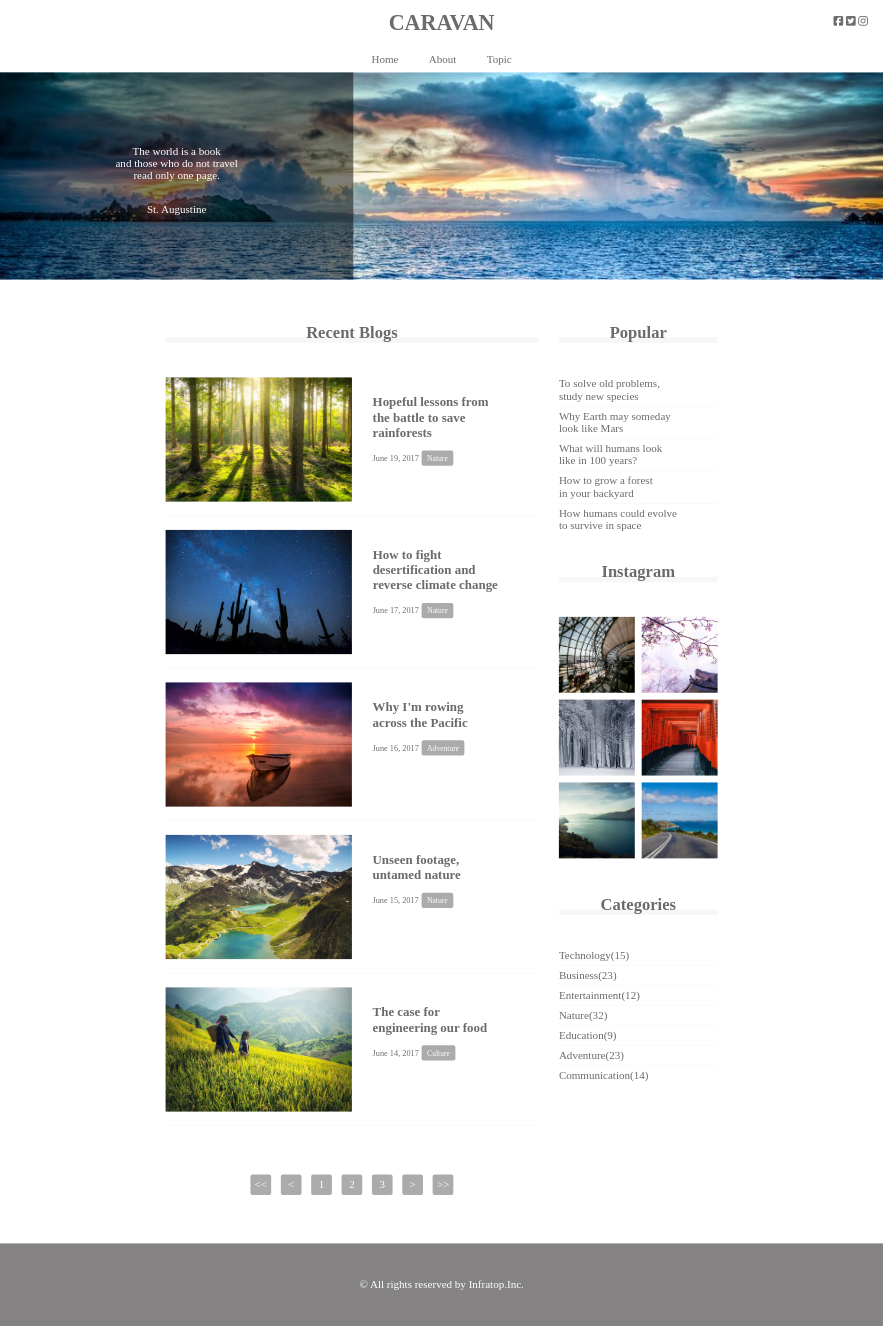
Repository: hayase-m/Webcamp
Page: caravan/index.html
The author's editor kept a record of every edit. The page is drawn from the files as they stood at one moment, then again after the next edit.
The browser window is 1280 px wide. The pictures show the whole page, at 69% of full size.
Some web libraries are served in a nearby version.

Above is the page before.

### caravan/index.html
<!DOCTYPE html>
<html lang="ja">
  <head>
    <meta charset="UTF-8" />
    <meta name="viewport" content="width=device-width,initial-scale=1.0">
    <!-- CSSファイルの読み込み -->

    <script src="https://kit.fontawesome.com/a95fdb4b13.js" crossorigin="anonymous"></script>
    <link rel="stylesheet" href="style.css" />
    <title>CARAVAN</title>
  </head>

  <body>
    <!-- header -->
    <header>
      <h1 class="heading">
        <a href="index.html">
        CARAVAN
        </a>
      </h1>

      <div class="social">
        <i class="fab fa-facebook-square"></i>
        <i class="fab fa-twitter-square"></i>
        <i class="fab fa-instagram"></i>
      </div>
    </header>

    <!-- navigation -->
    <nav>
      <ul class="nav-list">
        <li class="nav-list-item">
          <a href="index.html">Home</a>
        </li>
        <li class="nav-list-item">About</li>
        <li class="nav-list-item">Topic</li>
      </ul>
    </nav>

    <!-- main-visual用のdiv -->
    <div class="main-visual">
      <div class="main-visual-content">
        <!-- pタグ（と文字）を追加 -->
        <p class="main-visual-text">
          The world is a book <br>
          and those who do not travel <br>
          read only one page.
        </p>
        <p class="main-visual-name">
          St. Augustine
        </p>
      </div>
    </div>

    <!-- main用のdiv -->
    <main>
      <section class="blog">
        <h2 class="blog-heading">Recent Blogs</h2>

        <div class="blog-box">
          <div class="blog-item">
            <img class="blog-image" src="img/forest.jpg" />
            <section class="blog-text">
              <h3 class="blog-text-heading">
                <a href="single.html">
                  Hopeful lessons from<br>
                  the battle to save<br>
                  rainforests
                </a>
              </h3>
              <p class="blog-date">June 19, 2017</p>
              <span class="category">Nature</span>
            </section>
          </div>
          <div class="blog-item">
            <img class="blog-image" src="img/desert.jpg" />
            <section class="blog-text">
              <h3 class="blog-text-heading">
                <a href="single.html">
                  How to fight<br>
                  desertification and<br>
                  reverse climate change
                </a>
              </h3>
              <p class="blog-date">June 17, 2017</p>
              <span class="category">Nature</span>
            </section>
          </div>
          <div class="blog-item">
            <img class="blog-image" src="img/sunset.jpg" />
            <section class="blog-text">
              <h3 class="blog-text-heading">
                <a href="single.html">
                  Why I'm rowing<br>
                  across the Pacific
                </a>
              </h3>
              <p class="blog-date">June 16, 2017</p>
              <span class="category">Adventure</span>
            </section>
          </div>
          <div class="blog-item">
            <img class="blog-image" src="img/italy.jpg" />
            <section class="blog-text">
              <h3 class="blog-text-heading">
                <a href="single.html">
                  Unseen footage,<br>
                  untamed nature
                </a>
              </h3>
              <p class="blog-date">June 15, 2017</p>
              <span class="category">Nature</span>
            </section>
          </div>
          <div class="blog-item">
            <img class="blog-image" src="img/asia.jpg" />
            <section class="blog-text">
              <h3 class="blog-text-heading">
                <a href="single.html">
                  The case for<br>
                  engineering our food
                </a>
              </h3>
              <p class="blog-date">June 14, 2017</p>
              <span class="category">Culture</span>
            </section>
          </div>
        </div>
        <div class="pagination">
          <p><<</p>
          <p><</p>
          <p>1</p>
          <p>2</p>
          <p>3</p>
          <p>></p>
          <p>>></p>
        </div>
      </section>

      <div class="sidebar">
        <section class="popular">
          <h2 class="popular-heading common-heading">Popular</h2>
          <div class="sidebar-contents">
            <p class="popular-text">To solve old problems,<br>study new species</p>
            <p class="popular-text">Why Earth may someday<br>look like Mars</p>
            <p class="popular-text">What will humans look<br>like in 100 years?</p>
            <p class="popular-text">How to grow a forest<br>in your backyard</p>
            <p class="popular-text">How humans could evolve<br>to survive in space</p>
          </div>
        </section>
        <section class="instagram">
          <h2 class="instagram-heading common-heading">Instagram</h2>
          <div class="sidebar-contents">
            <div class="instagram-box"></div>
            <div class="instagram-box"></div>
            <div class="instagram-box"></div>
            <div class="instagram-box"></div>
            <div class="instagram-box"></div>
            <div class="instagram-box"></div>
          </div>
        </section>
        <section class="categories">
          <h2 class="categories-heading common-heading">Categories</h2>
          <div class="sidebar-contents">
            <p class="categories-text">Technology(15)</p>
            <p class="categories-text">Business(23)</p>
            <p class="categories-text">Entertainment(12)</p>
            <p class="categories-text">Nature(32)</p>
            <p class="categories-text">Education(9)</p>
            <p class="categories-text">Adventure(23)</p>
            <p class="categories-text">Communication(14)</p>
          </div>

        </section>
      </div>
    </main>

    <!-- footer -->
    <footer>
      <p class="footer-text">© All rights reserved by Infratop.Inc.</p>
    </footer>
  </body>
</html>

### caravan/style.css
/* ブラウザがそれぞれ持っているCSSをリセットするための記述 */
* {
  margin: 0;
  padding: 0;
  box-sizing: border-box;
  color: #6c6b6b;
}

a {
  text-decoration: none;
}

header {
  width: 90%; /* 横幅90% */
  padding: 15px 0;
  margin: 0 auto;
  text-align: center;
}

.social {
  position: absolute; /* headerの左上を基準に絶対位置で指定する */
  top: 22px; /* headerの左上から22px下側へ移動する */
  right: 22px; /* headerの右上から22px左側へ移動する */
}

header .heading {
  /* headerタグ内のheadingクラスにのみ反映される */
  font-size: 32px;
}

.nav-list {
  text-align: center;
  padding: 10px 0;
  margin: 0 auto;
}

.nav-list-item {
  list-style: none;
  display: inline-block;
  margin: 0 20px;
}

.main-visual {
  width: 100%; /* 横幅いっぱい */
  height: 300px; /* 高さ300px */
  background-image: url(img/mv.jpg);
  background-size: cover; /* 縦横比を維持したまま背景領域を埋め尽くす */
  background-position: center; /* 背景画像を中央に配置 */
}

.main-visual-content {
  width: 40%; /* 横幅40% */
  height: 300px; /* 親の高さに揃える */
  background-color: rgba(0, 0, 0, 0.5); /* 背景色を半透明の黒にする */
  text-align: center; /* 文字を中央揃えにする */
  padding-top: 105px; /* 上側の内側余白で垂直方向の位置を調整 */
}

.main-visual-text {
  color: #fff; /* 文字色を白に変更 */
}

.main-visual-name {
  margin-top: 30px; /* 上側の外側の余白 */
  color: #fff; /* 文字色を白に変更 */
}

main {
  width: 800px; /* 横幅800px */
  display: flex; /* Flexboxの利用 */
  justify-content: center; /* 要素の横並び・中央寄せ */
  margin: 0 auto; /* 要素の中央揃え */
  padding: 70px 0; /* 上下に70px、左右に0pxの内側余白 */
}

.blog {
  width: 540px;
  margin-right: 30px; /* 領域の右側余白 */
}

.blog-heading {
  border-bottom: 8px solid #f7f7f7;
  text-align: center;
  line-height: 0.6;
}

.blog-box {
  padding-top: 50px;
}

.blog-item {
  padding-bottom: 20px;
  margin-bottom: 20px;
  border-bottom: 1px solid #f7f7f7;
  display: flex;
  justify-content: flex-start;
}

.blog-image {
  height: 180px
}

.blog-text {
  padding: 25px 0 0 30px;
}

.blog-text-heading {
  padding-bottom: 15px;
}

.blog-date {
  font-size: 12px;
  display: inline-block;
}

.category {
  display: inline-block;
  padding: 5px 8px;
  background-color: #acabab;
  border-radius: 3px;
  color: #fff;
  font-size: 11px;
}

.pagination {
  text-align: center;
  padding-top: 50px;
}

.pagination p {
  display: inline-block;
  width: 30px;
  height: 30px;
  margin: 0 5px;
  color: #fff;
  background-color: #acabab;
  border-radius: 3px;
  line-height: 30px;
}

.sidebar {
  width: 230px;
}

.common-heading {
  border-bottom: 8px solid #f7f7f7;
  text-align: center;
  line-height: 0.6;
}

.sidebar-contents {
  padding: 50px 0;
}

.popular-text,
.categories-text {
  padding-bottom: 5px;
  border-bottom: 1px solid #f7f7f7;
  margin-bottom: 5px;
}

.popular-text:last-child,
.categories-text:last-child {
  margin: 0;
  padding: 0;
  border: none;
}

.instagram .sidebar-contents {
  display: flex;
  flex-wrap: wrap;
}

.instagram-box {
  width: 110px;
  padding-top: 110px;
  background-size: cover;
  background-position: center;
  margin-bottom: 10px;
}

.instagram-box:nth-child(odd) {
  margin: 0 10px 10px 0;
}

.instagram-box:nth-child(1) {
  background-image: url(img/airport.jpg);
}

.instagram-box:nth-child(2) {
  background-image: url(img/japan.jpg);
}

.instagram-box:nth-child(3) {
  background-image: url(img/snow.jpg);
}

.instagram-box:nth-child(4) {
  background-image: url(img/japan2.jpg);
}

.instagram-box:nth-child(5) {
  background-image: url(img/lake.jpg);
}

.instagram-box:nth-child(6) {
  background-image: url(img/road.jpg);
}

footer {
  width: 100%;
  height: 120px;
  text-align: center;
  line-height: 120px;
  background-color: #848282;
}

.footer-text {
  color: #fff;
}

After the next edit:
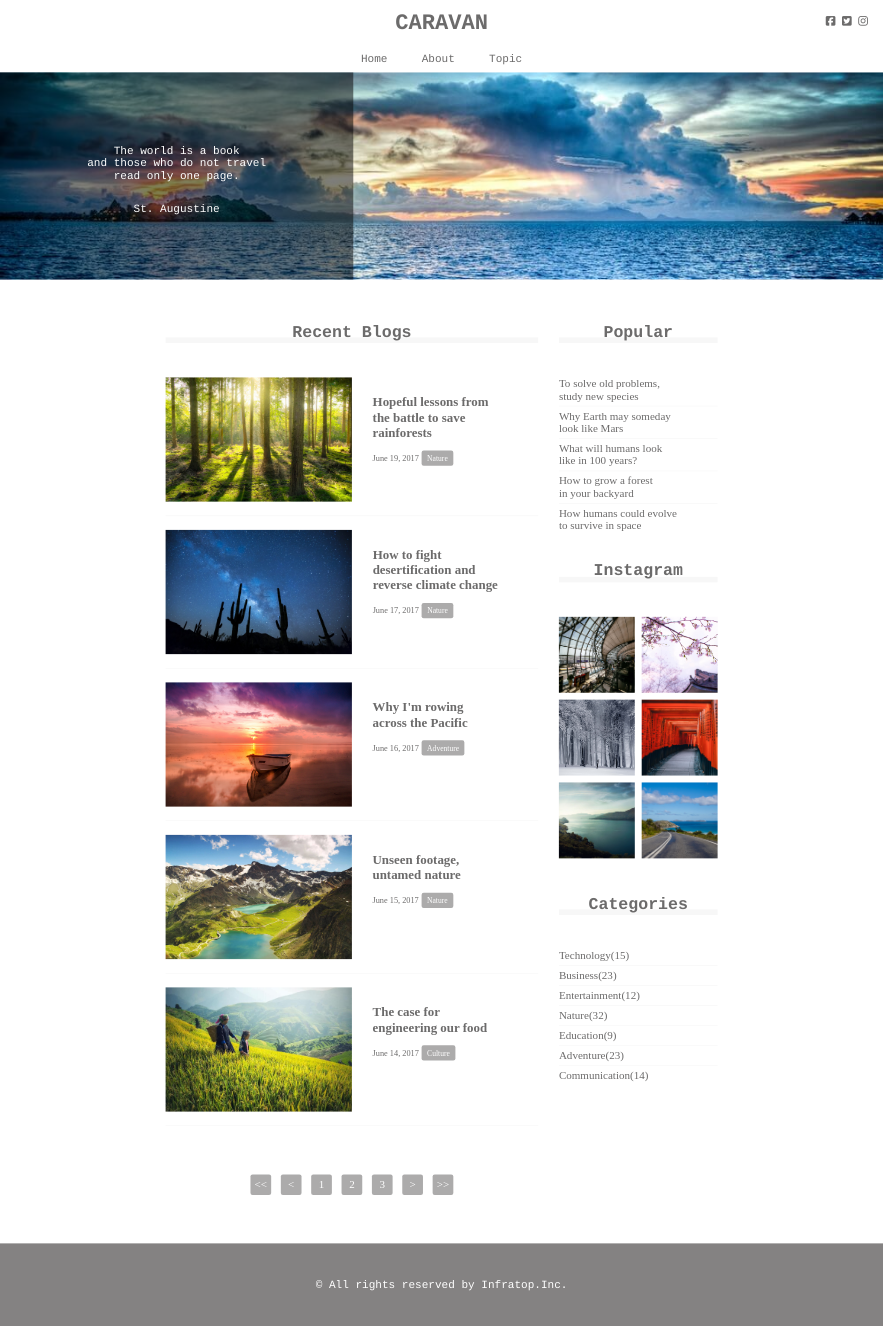
The edit:
--- a/caravan/style.css
+++ b/caravan/style.css
@@ -8,6 +8,10 @@
 
 a {
   text-decoration: none;
+}
+
+header, nav, h2, .main-visual, footer {
+  font-family: Chalkduster, "Bradley Hand", Courier, "Segoe Print", sans-serif;
 }
 
 header {
